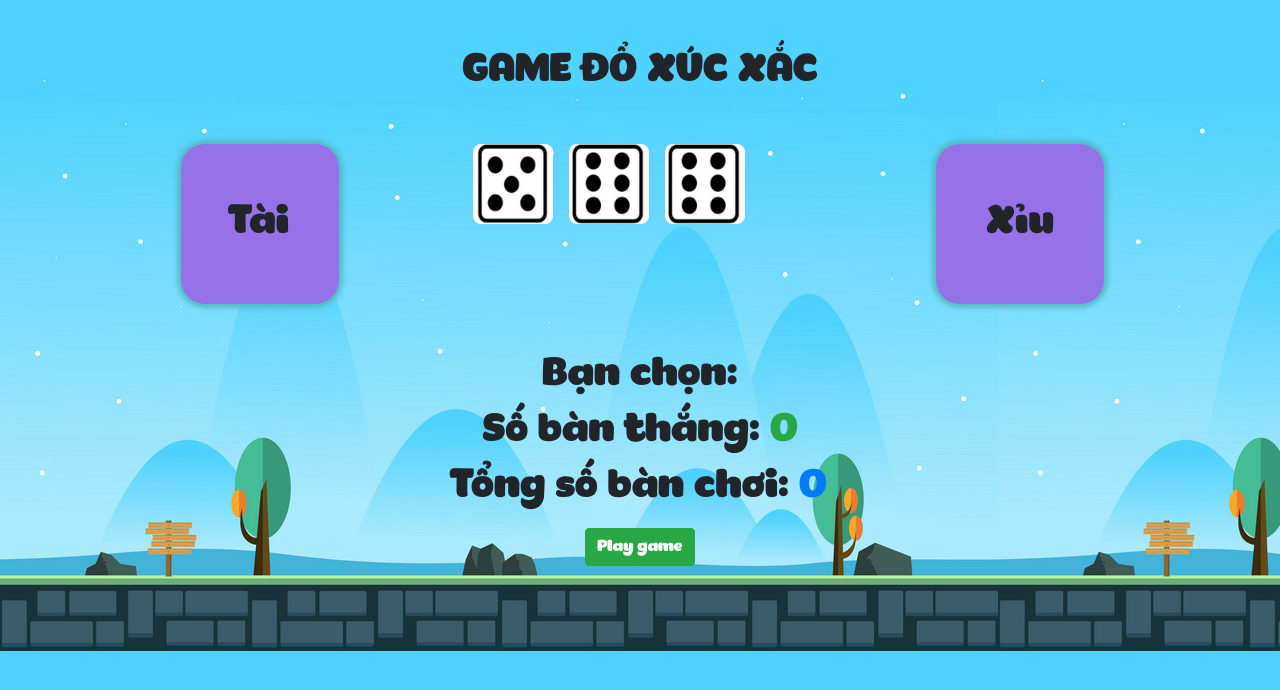
Repository: dovanthao2404/game-xuc-sac
Page: /
These files come from the project's save history. The page is drawn as it stood at one moment and after the next save; the edit follows.
The browser window is 1280 px wide. The pictures show the whole page.
The project was rebuilt for these pictures with package versions that can differ from the ones it lists, and the page was loaded fresh each time.

Above is the page before, as saved 2021-09-11 15:46:45.

### public/index.html
<!DOCTYPE html>
<html lang="en">

<head>
  <meta charset="utf-8" />
  <link rel="icon" href="%PUBLIC_URL%/favicon.ico" />
  <meta name="viewport" content="width=device-width, initial-scale=1" />
  <meta name="theme-color" content="#000000" />
  <meta name="description" content="Web site created using create-react-app" />
  <link rel="apple-touch-icon" href="%PUBLIC_URL%/logo192.png" />
  <link rel="manifest" href="%PUBLIC_URL%/manifest.json" />
  <title>React App</title>
  <link rel="stylesheet" href="https://cdn.jsdelivr.net/npm/bootstrap@4.6.0/dist/css/bootstrap.min.css"
    integrity="sha384-B0vP5xmATw1+K9KRQjQERJvTumQW0nPEzvF6L/Z6nronJ3oUOFUFpCjEUQouq2+l" crossorigin="anonymous">
  <link rel="stylesheet" href="%PUBLIC_URL%/css/style.css">
</head>

<body>
  <noscript>You need to enable JavaScript to run this app.</noscript>
  <div id="root"></div>
</body>

</html>

### src/index.js
import React from 'react';
import ReactDOM from 'react-dom';
import './index.css';
import App from './App';
import reportWebVitals from './reportWebVitals';
import { createStore } from "redux"
import { Provider } from 'react-redux';
import { rootReducer } from './redux/reducer';
const store = createStore(rootReducer)
ReactDOM.render(
  <Provider store={store}>
    <App />
  </Provider>,
  document.getElementById('root')
);

// If you want to start measuring performance in your app, pass a function
// to log results (for example: reportWebVitals(console.log))
// or send to an analytics endpoint. Learn more: https://bit.ly/CRA-vitals
reportWebVitals();

### src/index.css
body {
  margin: 0;
  padding: 0;
  box-sizing: border-box;
  font-family: -apple-system, BlinkMacSystemFont, 'Segoe UI', 'Roboto', 'Oxygen',
    'Ubuntu', 'Cantarell', 'Fira Sans', 'Droid Sans', 'Helvetica Neue',
    sans-serif;
  -webkit-font-smoothing: antialiased;
  -moz-osx-font-smoothing: grayscale;
}

code {
  font-family: source-code-pro, Menlo, Monaco, Consolas, 'Courier New',
    monospace;
}

### src/App.js
import DoiXiNgau from "./Components";



function App() {
  return (
    <>
      <DoiXiNgau></DoiXiNgau>
    </>
  );
}

export default App;

### src/redux/reducer/index.js
import { combineReducers, } from "redux";
import { gameReducer } from "./game"
export const rootReducer = combineReducers({
  game: gameReducer
})

### src/Components/index.js
import React, { Component } from 'react'
import { connect } from 'react-redux'
import * as ActionGame from "./../redux/actions"
import InfoGame from './InfoGame'
import XucSuc from './XucSuc'
class DoiXiNgau extends Component {

  handleChoseType = (e) => {
    const value = e.target.getAttribute("data-value")
    this.props.chooseType(value)
  }

  handlePlayGame = () => {
    const { totalGamePlay, type } = this.props.game
    const typeWhilePlay = totalGamePlay >= 4 && totalGamePlay <= 10 ? "Xỉu" : "Tài"
    if (typeWhilePlay === type) {
      this.props.updateWin()
    }
    this.props.updateTotalGame()
    this.props.updateWhilePlay(0);
  }


  render() {
    return (
      <div className="main">
        <div className="container mt-5">
          <div className="title mb-5">
            <h1 className="text-center">GAME ĐỔ XÚC XẮC</h1>
          </div>
          <div>
            <div className="row justify-content-between">
              <div className="col-4">
                <div className="type d-flex justify-content-center align-items-center">
                  <span data-value="Tài" onClick={this.handleChoseType}>Tài</span>
                </div>
              </div>
              <div className="col-4">
                <div className="d-flex">
                  <XucSuc />
                </div>
              </div>
              <div className="col-4">
                <div className="type d-flex justify-content-center align-items-center">
                  <span data-value="Xỉu" onClick={this.handleChoseType}>Xỉu</span>
                </div>
              </div>
            </div>
          </div>
          <InfoGame />
        </div>
      </div>
    )
  }
}

const mapStateToProps = (state, ownProps) => {
  return {
    game: state.game
  }
}

const mapDispatchToProps = (dispatch, ownProps) => {
  return {
    chooseType: (type) => {
      dispatch(ActionGame.chooseType(type))
    },
    updateWin: () => {
      dispatch(ActionGame.updateWin())
    },
    updateTotalGame: () => {
      dispatch(ActionGame.updateTotalGamePlay())
    },
    updateWhilePlay: (data) => {
      dispatch(ActionGame.updateTotalWhilePlay(data))
    }
  }
}
export default connect(mapStateToProps, mapDispatchToProps)(DoiXiNgau)

### src/redux/reducer/game.js
import { UPDATE_TYPE, UPDATE_TOTAL_WIN, UPDATE_TOTAL_GAME_PLAY, UPDATE_TOTAL_WHILE_PLAY } from "./../constants"

const game = {
  type: '',
  totalGameWin: 0,
  totalGamePlay: 0,
  totalWhilePlay: 0,
  mangXucXac: [
    { ma: 1, hinhAnh: "./img/1.png" },
    { ma: 1, hinhAnh: "./img/1.png" },
    { ma: 1, hinhAnh: "./img/1.png" },
  ]
}

export const gameReducer = (state = game, action) => {
  switch (action.type) {
    case UPDATE_TYPE:
      state.type = action.payload
      return { ...state }
    case UPDATE_TOTAL_WIN:
      state.totalGameWin++;
      return { ...state }
    case UPDATE_TOTAL_GAME_PLAY:
      state.totalGamePlay++;
      return { ...state }
    case UPDATE_TOTAL_WHILE_PLAY:
      state.totalWhilePlay = action.payload
      return { ...state }
    default:
      return { ...state }
  }
}

### src/redux/actions/index.js
import { UPDATE_TYPE, UPDATE_TOTAL_WIN, UPDATE_TOTAL_GAME_PLAY, UPDATE_TOTAL_WHILE_PLAY } from "./../constants"
const chooseType = (type) => {
  return {
    type: UPDATE_TYPE,
    payload: type
  }
}

const updateWin = () => {
  return {
    type: UPDATE_TOTAL_WIN,
  }
}


const updateTotalGamePlay = () => {
  return {
    type: UPDATE_TOTAL_GAME_PLAY,
  }
}

const updateTotalWhilePlay = (data) => {
  return {
    type: UPDATE_TOTAL_WHILE_PLAY,
    payload: data
  }
}
export { chooseType, updateWin, updateTotalGamePlay, updateTotalWhilePlay }

### src/Components/InfoGame.js
import React, { Component } from 'react'
import { connect } from 'react-redux'

class InfoGame extends Component {
  render() {
    return (
      <>
        <div className="result text-center mt-5">
          <h1>Bạn chọn: <span className="text-danger">{this.props.game.type}</span></h1>
          <h1>Số bàn thắng: <span className="text-success">{this.props.game.totalGameWin}</span></h1>
          <h1>Tổng số bàn chơi: <span className="text-primary">{this.props.game.totalGamePlay}</span></h1>
        </div>
        <div className="play-game text-center mt-3">
          <button className="btn btn-success" onClick={this.handlePlayGame}>Play game</button>
        </div>
      </>
    )
  }
}
const mapStateToProps = (state, ownProps) => {
  return {
    game: state.game
  }
}
export default connect(mapStateToProps)(InfoGame)

### src/Components/XucSuc.js
import React, { PureComponent } from 'react'
import { connect } from 'react-redux'

class XucSuc extends PureComponent {




  renderFirst = () => {
    const xucXac = []
    for (let i = 0; i < 3; i++) {
      const random = Math.ceil(Math.random() * 6)
      xucXac.push(<img key={i} src={"./images/" + random + ".png"} alt="" />)
    }
    return xucXac;
  }
  render() {
    return (
      <>
        {this.renderFirst()}
      </>
    )
  }
}

const mapStateToProps = (state, ownProps) => {
  return {
    game: state.game
  }
}

export default connect(mapStateToProps, null)(XucSuc)

### src/redux/constants/index.js
const UPDATE_TYPE = "game/UPDATE_TYPE";
const UPDATE_TOTAL_WIN = "game/UPDATE_TOTAL_WIN";
const UPDATE_TOTAL_GAME_PLAY = "game/UPDATE_TOTAL_GAME_PLAY";
const UPDATE_TOTAL_WHILE_PLAY = "game/UPDATE_TOTAL_WHILE_PLAY";
export { UPDATE_TYPE, UPDATE_TOTAL_WIN, UPDATE_TOTAL_GAME_PLAY, UPDATE_TOTAL_WHILE_PLAY }

### public/css/style.css
@font-face {
  font-family:  "fontGame";
  src: url(./../images/Pony.ttf);
}
body {
  font-family: "fontGame"!important;
}
.main {
  background-image: url(./../images/bgGame.png);
  top: 0;
  left:0;
  right: 0;
  bottom: 0;
  display: block;
  position: absolute;
  z-index: -10;
}

.type span{
  display: block;
  padding: 50px;
  border-radius: 24px;
  font-size: 40px;
  background: rgb(149, 114, 231);
  cursor: pointer;
  box-shadow: 0 0 4px 4px rgba(78, 182, 185, 0.8);
}

img {
  margin: 0 8px;
  width: 80px;
  border-radius: 8px ;
}

Loaded but not shown: src/reportWebVitals.js (common file)

After the next save:
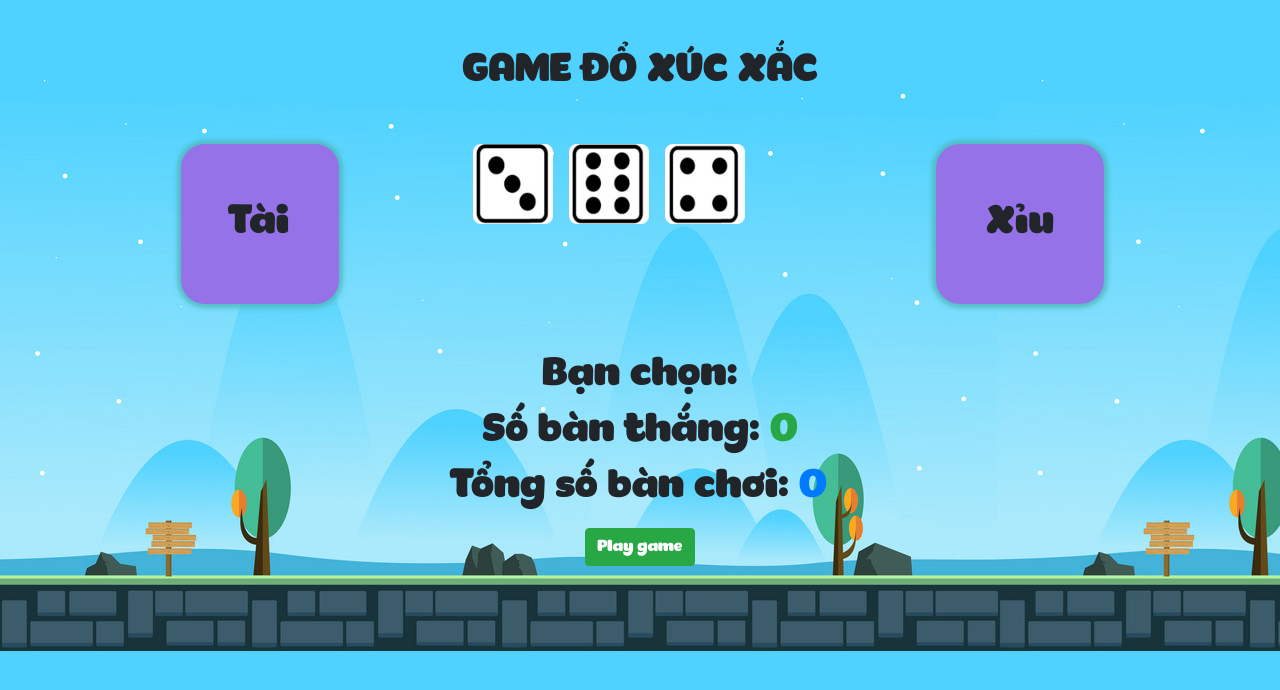
Saved 6 s later.
--- a/src/Components/XucSuc.js
+++ b/src/Components/XucSuc.js
@@ -6,7 +6,7 @@ class XucSuc extends PureComponent {
 
 
 
-  renderFirst = () => {
+  renderXucXac = () => {
     const xucXac = []
     for (let i = 0; i < 3; i++) {
       const random = Math.ceil(Math.random() * 6)
@@ -17,7 +17,7 @@ class XucSuc extends PureComponent {
   render() {
     return (
       <>
-        {this.renderFirst()}
+        {this.renderXucXac()}
       </>
     )
   }
